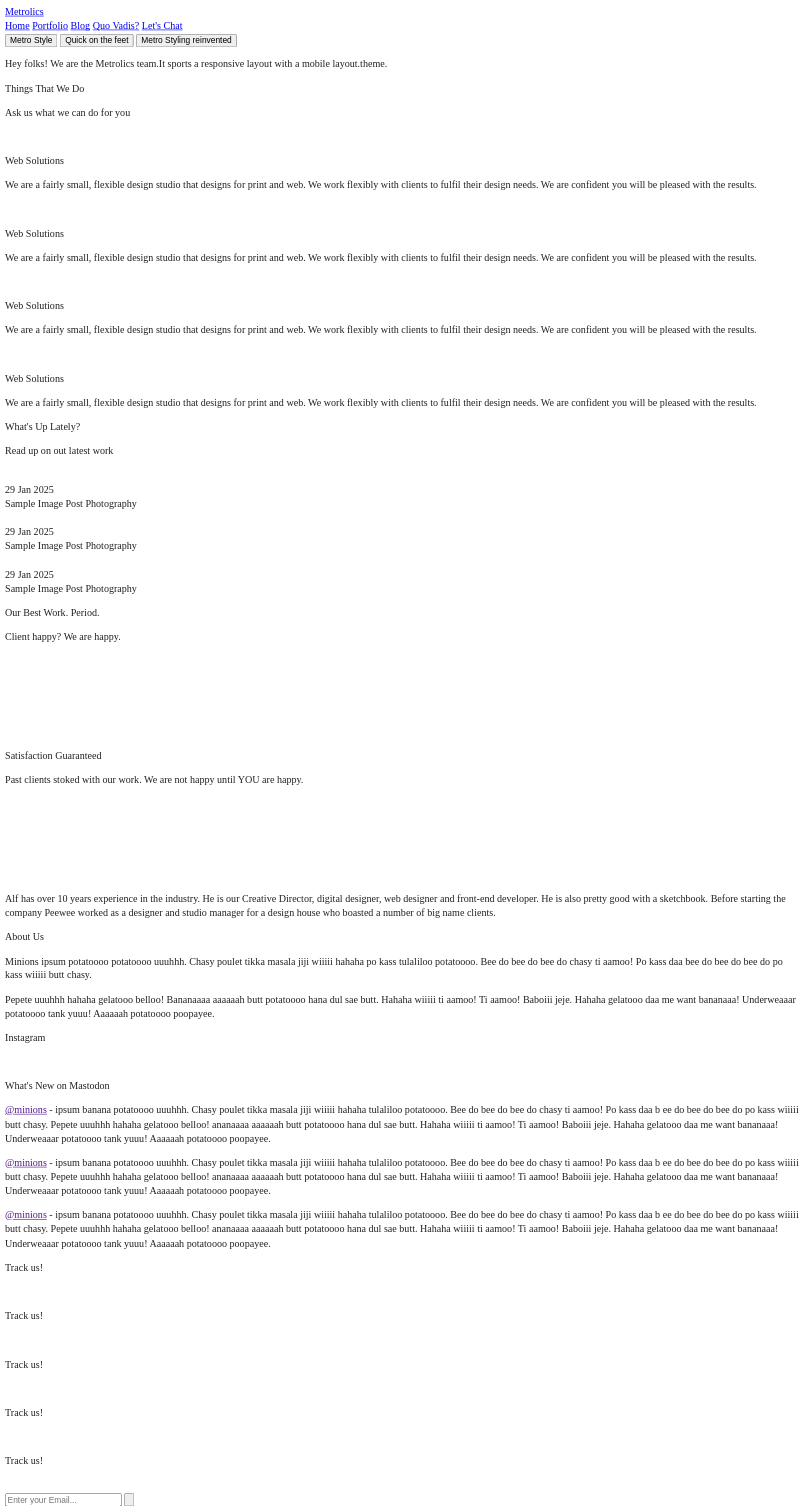
Repository: Angehyy/wk02_site
Page: index.html
An editor plug-in stored every save of this project. The page is shown before and after the next save, followed by the edit.
The browser window is 1280 px wide. The pictures show the whole page, at 63% of full size.

Above is the page before, as saved 2025-01-20 00:55:57.

### index.html
<!doctype html>
<html class="no-js" lang="">

<head>
  <meta charset="utf-8">
  <meta name="viewport" content="width=device-width, initial-scale=1">
  <title>Metrolics</title>
  <link rel="stylesheet" href="css/style.css">
  <meta name="description" content="Learn about Metrolics">

  <meta property="og:title" content="">
  <meta property="og:type" content="">
  <meta property="og:url" content="">
  <meta property="og:image" content="">
  <meta property="og:image:alt" content="">

  <link rel="icon" href="/favicon.ico" sizes="any">
  <link rel="icon" href="/icon.svg" type="image/svg+xml">
  <link rel="apple-touch-icon" href="icon.png">

  <link rel="manifest" href="site.webmanifest">
  <meta name="theme-color" content="#fafafa">
</head>

<body>
  <header>
    <div class="header">
      <a href="#default" class="">Metrolics</a>
      <div class="">
        <a href="#home">Home</a>
        <a href="#portfolio">Portfolio</a>
        <a href="#blog">Blog</a>
        <a href="#quovadis">Quo Vadis?</a>
        <a href="chat">Let's Chat</a>
      </div>
    </div>
  </header>

  <main>
    <div>
      <button class="">Metro Style</button>
      <button class="">Quick on the feet</button>
      <button class="">Metro Styling reinvented</button>
      <img src="" alt="">
    </div>

    <div class="">
      <p>Hey folks! We are the <span>Metrolics</span> team.It sports a responsive layout with a mobile layout.theme.</p>
    </div>

    <section class="">
      <p>Things That We Do</p>
      <p>Ask us what we can do for you</p>
    </section>

    <div class="flex-container">
      <div class="item">
        <img src="" alt="">
        <p class="">Web Solutions</p>
        <p>We are a fairly small, flexible design studio that designs for print and web. We work flexibly with clients to fulfil their design needs. We are confident you will be pleased with the results.</p>
      </div>

      <div class="item">
        <img src="" alt="">
        <p class="">Web Solutions</p>
        <p>We are a fairly small, flexible design studio that designs for print and web. We work flexibly with clients to fulfil their design needs. We are confident you will be pleased with the results.</p>
      </div>

      <div class="item">
        <img src="" alt="">
        <p class="">Web Solutions</p>
        <p>We are a fairly small, flexible design studio that designs for print and web. We work flexibly with clients to fulfil their design needs. We are confident you will be pleased with the results.</p>
      </div>

      <div class="item">
        <img src="" alt="">
        <p class="">Web Solutions</p>
        <p>We are a fairly small, flexible design studio that designs for print and web. We work flexibly with clients to fulfil their design needs. We are confident you will be pleased with the results.</p>
      </div>
    </div>

    <section class="">
      <p>What's Up Lately?</p>
      <p>Read up on out latest work</p>
    </section>

    <div class="flex-container">
      <div class="">
        <img src="" alt="">
        <div>
          <span class="date-top">29</span>
          <span class="month-bottom">Jan 2025</span>
        </div>
        <div class="description">
          <span class="">Sample Image Post</span>
          <span class="">Photography</span>
        </div>
      </div>
      <div class="">
        <img src="" alt="">
        <div>
          <span class="date-top">29</span>
          <span class="month-bottom">Jan 2025</span>
        </div>
        <div class="description">
          <span class="">Sample Image Post</span>
          <span class="">Photography</span>
        </div>
      </div>
      <div class="">
        <img src="" alt="">
        <div>
          <span class="date-top">29</span>
          <span class="month-bottom">Jan 2025</span>
        </div>
        <div class="description">
          <span class="">Sample Image Post</span>
          <span class="">Photography</span>
        </div>
      </div>
    </div>

    <section class="">
      <p>Our Best Work. Period.</p>
      <p>Client happy? We are happy.</p>
    </section>

    <div class="flex-container"></div>
      <div class="">
        <img src="" alt="">
      </div>
      <div class="">
        <img src="" alt="">
      </div>
      <div class="">
        <img src="" alt="">
      </div>
      <div class="">
        <img src="" alt="">
      </div>
      <div class="">
        <img src="" alt="">
      </div>
      <div class="">
        <img src="" alt="">
      </div>
    </div>

    <section>
      <p>Satisfaction Guaranteed</p>
      <p>Past clients stoked with our work. We are not happy until YOU are happy.</p>
    </section>

    <div class="flex-container">
      <div class="client" id="kirita">
        <span class="">
          <img src="" alt="">
        </span>
      </div>
      <div class="client" id="inkscape">
        <span class="">
          <img src="" alt="">
        </span>
      </div>
      <div class="client" id="godot">
        <span class="">
          <img src="" alt="">
        </span>
      </div>
      <div class="client" id="blender">
        <span class="">
          <img src="" alt="">
        </span>
      </div>
      <div class="client" id="penpot">
        <span class="">
          <img src="" alt="">
        </span>
      </div>
    </div>

  </main>

  <footer class="">
    <section>
      <span>
        <img src="" alt="">
        <p>Alf has over 10 years experience in the industry. He is our Creative Director, digital designer, web designer and front-end developer. He is also pretty good with a sketchbook. Before starting the company Peewee worked as a designer and studio manager for a design house who boasted a number of big name clients.</p></span>
    </section>
    <div class="">
      <p class="">About Us</p>
      <p>Minions ipsum potatoooo potatoooo uuuhhh. Chasy poulet tikka masala jiji wiiiii hahaha po kass tulaliloo potatoooo. Bee do bee do bee do chasy ti aamoo! Po kass daa bee do bee do bee do po kass wiiiii butt chasy.</p>

      <p>Pepete uuuhhh hahaha gelatooo belloo! Bananaaaa aaaaaah butt potatoooo hana dul sae butt. Hahaha wiiiii ti aamoo! Ti aamoo! Baboiii jeje. Hahaha gelatooo daa me want bananaaa! Underweaaar potatoooo tank yuuu! Aaaaaah potatoooo poopayee. </p>
    </div>
    <div>
      <p>Instagram</p>
      <img src="" alt="">
      <img src="" alt="">
      <img src="" alt="">
      <img src="" alt="">
      <img src="" alt="">
      <img src="" alt="">
      <img src="" alt="">
      <img src="" alt="">
    </div>

    <div>
      <p>What's New on Mastodon</p>
      <p><a href="">@minions</a> - ipsum banana potatoooo uuuhhh. Chasy poulet tikka masala jiji wiiiii hahaha tulaliloo potatoooo. Bee do bee do bee do chasy ti aamoo! Po kass daa b ee do bee do bee do po kass wiiiii butt chasy. Pepete uuuhhh hahaha gelatooo belloo! ananaaaa aaaaaah butt potatoooo hana dul sae butt. Hahaha wiiiii ti aamoo! Ti aamoo! Baboiii jeje. Hahaha gelatooo daa me want bananaaa! Underweaaar potatoooo tank yuuu! Aaaaaah potatoooo poopayee. </p>
      <p><a href="">@minions</a> - ipsum banana potatoooo uuuhhh. Chasy poulet tikka masala jiji wiiiii hahaha tulaliloo potatoooo. Bee do bee do bee do chasy ti aamoo! Po kass daa b ee do bee do bee do po kass wiiiii butt chasy. Pepete uuuhhh hahaha gelatooo belloo! ananaaaa aaaaaah butt potatoooo hana dul sae butt. Hahaha wiiiii ti aamoo! Ti aamoo! Baboiii jeje. Hahaha gelatooo daa me want bananaaa! Underweaaar potatoooo tank yuuu! Aaaaaah potatoooo poopayee. </p>
      <p><a href="">@minions</a> - ipsum banana potatoooo uuuhhh. Chasy poulet tikka masala jiji wiiiii hahaha tulaliloo potatoooo. Bee do bee do bee do chasy ti aamoo! Po kass daa b ee do bee do bee do po kass wiiiii butt chasy. Pepete uuuhhh hahaha gelatooo belloo! ananaaaa aaaaaah butt potatoooo hana dul sae butt. Hahaha wiiiii ti aamoo! Ti aamoo! Baboiii jeje. Hahaha gelatooo daa me want bananaaa! Underweaaar potatoooo tank yuuu! Aaaaaah potatoooo poopayee. </p>
    </div>

    <div>
      <p>Track us!</p>
      <a href="">
        <img src="" alt="">
      </a>
      <p>Track us!</p>
      <a href="">
        <img src="" alt="">
      </a>
      <p>Track us!</p>
      <a href="">
        <img src="" alt="">
      </a>
      <p>Track us!</p>
      <a href="">
        <img src="" alt="">
      </a>
      <p>Track us!</p>
      <a href="">
        <img src="" alt="">
      </a>
    </div>

    <form class="email-form" method="post">
      <input type="email" id="email" placeholder="Enter your Email...">
      <button type="submit"><img src="" alt=""></button>
    </form>

  </footer>

  <script src="js/app.js"></script>

</body>

</html>

### css/style.css
/*! HTML5 Boilerplate v9.0.1 | MIT License | https://html5boilerplate.com/ */

/* main.css 3.0.0 | MIT License | https://github.com/h5bp/main.css#readme */
/*
 * What follows is the result of much research on cross-browser styling.
 * Credit left inline and big thanks to Nicolas Gallagher, Jonathan Neal,
 * Kroc Camen, and the H5BP dev community and team.
 */

/* ==========================================================================
   Base styles: opinionated defaults
   ========================================================================== */

html {
  color: #222;
  font-size: 1em;
  line-height: 1.4;
}

/*
 * Remove text-shadow in selection highlight:
 * https://twitter.com/miketaylr/status/12228805301
 *
 * Customize the background color to match your design.
 */

::-moz-selection {
  background: #b3d4fc;
  text-shadow: none;
}

::selection {
  background: #b3d4fc;
  text-shadow: none;
}

/*
 * A better looking default horizontal rule
 */

hr {
  display: block;
  height: 1px;
  border: 0;
  border-top: 1px solid #ccc;
  margin: 1em 0;
  padding: 0;
}

/*
 * Remove the gap between audio, canvas, iframes,
 * images, videos and the bottom of their containers:
 * https://github.com/h5bp/html5-boilerplate/issues/440
 */

audio,
canvas,
iframe,
img,
svg,
video {
  vertical-align: middle;
}

/*
 * Remove default fieldset styles.
 */

fieldset {
  border: 0;
  margin: 0;
  padding: 0;
}

/*
 * Allow only vertical resizing of textareas.
 */

textarea {
  resize: vertical;
}

/* ==========================================================================
   Author's custom styles
   ========================================================================== */

/* ==========================================================================
   Helper classes
   ========================================================================== */

/*
 * Hide visually and from screen readers
 */

.hidden,
[hidden] {
  display: none !important;
}

/*
 * Hide only visually, but have it available for screen readers:
 * https://snook.ca/archives/html_and_css/hiding-content-for-accessibility
 *
 * 1. For long content, line feeds are not interpreted as spaces and small width
 *    causes content to wrap 1 word per line:
 *    https://medium.com/@jessebeach/beware-smushed-off-screen-accessible-text-5952a4c2cbfe
 */

.visually-hidden {
  border: 0;
  clip: rect(0, 0, 0, 0);
  height: 1px;
  margin: -1px;
  overflow: hidden;
  padding: 0;
  position: absolute;
  white-space: nowrap;
  width: 1px;
  /* 1 */
}

/*
 * Extends the .visually-hidden class to allow the element
 * to be focusable when navigated to via the keyboard:
 * https://www.drupal.org/node/897638
 */

.visually-hidden.focusable:active,
.visually-hidden.focusable:focus {
  clip: auto;
  height: auto;
  margin: 0;
  overflow: visible;
  position: static;
  white-space: inherit;
  width: auto;
}

/*
 * Hide visually and from screen readers, but maintain layout
 */

.invisible {
  visibility: hidden;
}

/*
 * Clearfix: contain floats
 *
 * The use of `table` rather than `block` is only necessary if using
 * `::before` to contain the top-margins of child elements.
 */

.clearfix::before,
.clearfix::after {
  content: "";
  display: table;
}

.clearfix::after {
  clear: both;
}

/* ==========================================================================
   EXAMPLE Media Queries for Responsive Design.
   These examples override the primary ('mobile first') styles.
   Modify as content requires.
   ========================================================================== */

@media only screen and (min-width: 35em) {
  /* Style adjustments for viewports that meet the condition */
}

@media print,
  (-webkit-min-device-pixel-ratio: 1.25),
  (min-resolution: 1.25dppx),
  (min-resolution: 120dpi) {
  /* Style adjustments for high resolution devices */
}

/* ==========================================================================
   Print styles.
   Inlined to avoid the additional HTTP request:
   https://www.phpied.com/delay-loading-your-print-css/
   ========================================================================== */

@media print {
  *,
  *::before,
  *::after {
    background: #fff !important;
    color: #000 !important;
    /* Black prints faster */
    box-shadow: none !important;
    text-shadow: none !important;
  }

  a,
  a:visited {
    text-decoration: underline;
  }

  a[href]::after {
    content: " (" attr(href) ")";
  }

  abbr[title]::after {
    content: " (" attr(title) ")";
  }

  /*
   * Don't show links that are fragment identifiers,
   * or use the `javascript:` pseudo protocol
   */
  a[href^="#"]::after,
  a[href^="javascript:"]::after {
    content: "";
  }

  pre {
    white-space: pre-wrap !important;
  }

  pre,
  blockquote {
    border: 1px solid #999;
    page-break-inside: avoid;
  }

  tr,
  img {
    page-break-inside: avoid;
  }

  p,
  h2,
  h3 {
    orphans: 3;
    widows: 3;
  }

  h2,
  h3 {
    page-break-after: avoid;
  }
}

Loaded but not shown: js/app.js (no stored copy; drawn as an empty file)

After the next save:
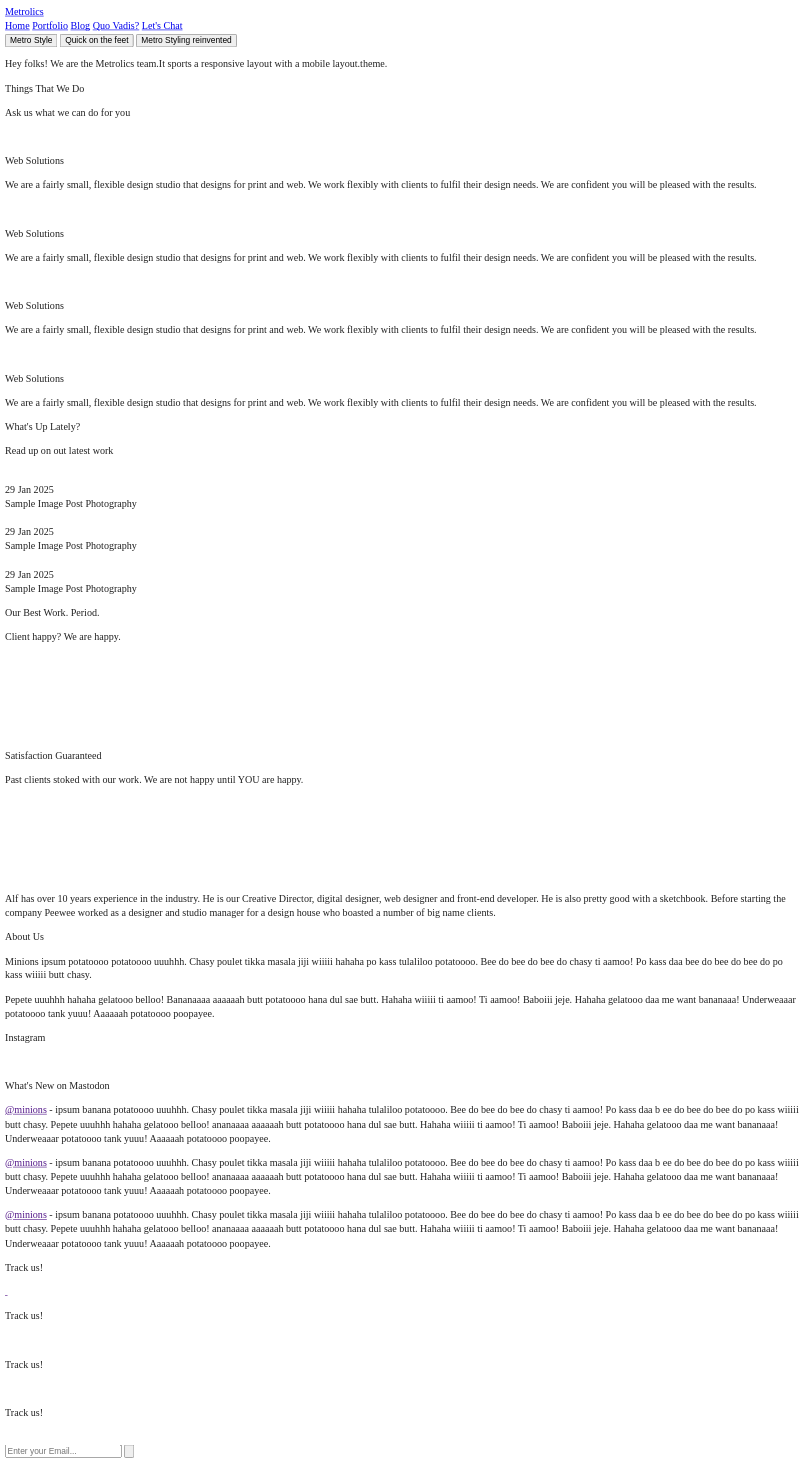
Saved 2 min 35 s later.
--- a/index.html
+++ b/index.html
@@ -217,7 +217,6 @@
       <a href="">
         <img src="" alt="">
       </a>
-      <p>Track us!</p>
       <a href="">
         <img src="" alt="">
       </a>
